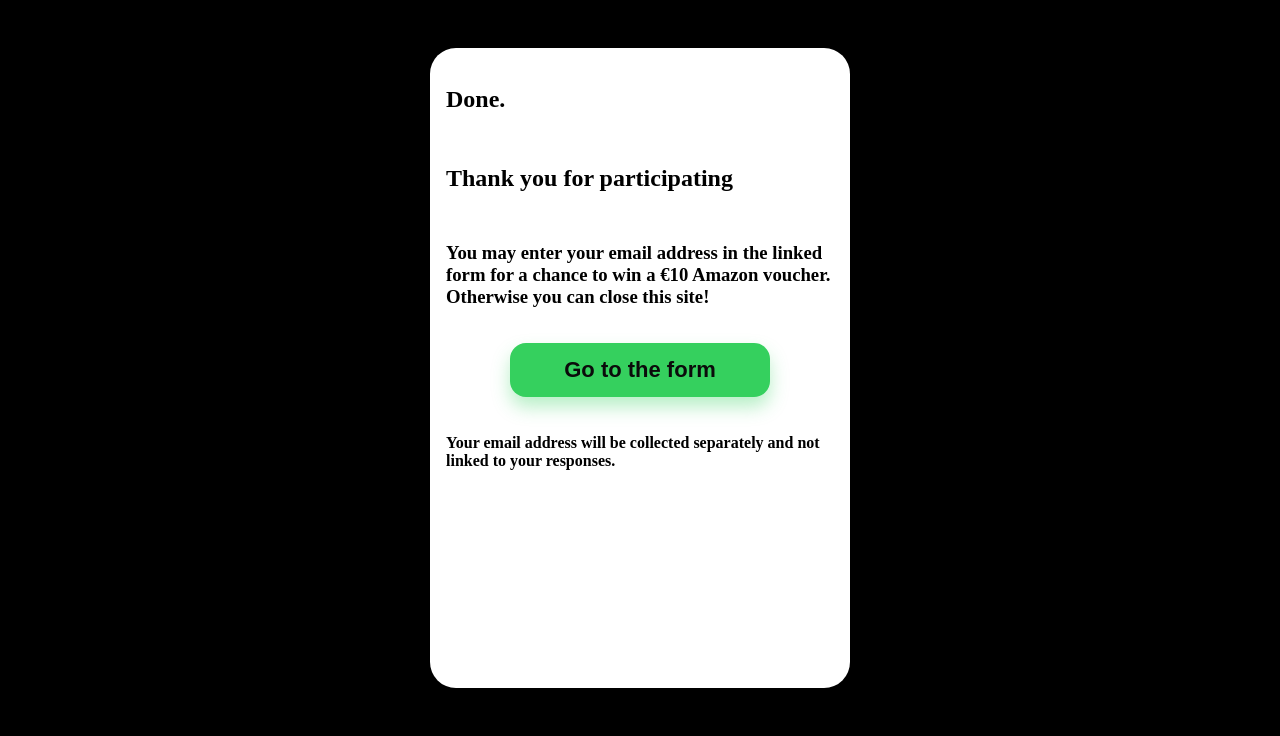
Repository: alexibri/ba_decision_study
Page: /end
The author's editor kept a copy of each file at every save. The page is drawn from the files as they stood at one save, then again after a run of saves.
The browser window is 1280 px wide. The pictures show the whole page.
The page's requests for data from a server got no answer. The project was rebuilt for these pictures with package versions that can differ from the ones it lists, and the page was loaded fresh each time. No one was signed in, and anything a server would have sent is missing. Also part of the build but not shown: vite.config.js, src/lib/assignment/group.js, src/lib/db/supabase-client.js, src/lib/db/runs.js, src/pages/Start.jsx, src/lib/db/responses.js, src/lib/hooks/useResponseTracker.js, src/scenarios/Scenario1/S1Dark1.jsx and 10 more.

Above is the page before, as saved 2026-02-11 16:50:06.

After the next 2 saves:
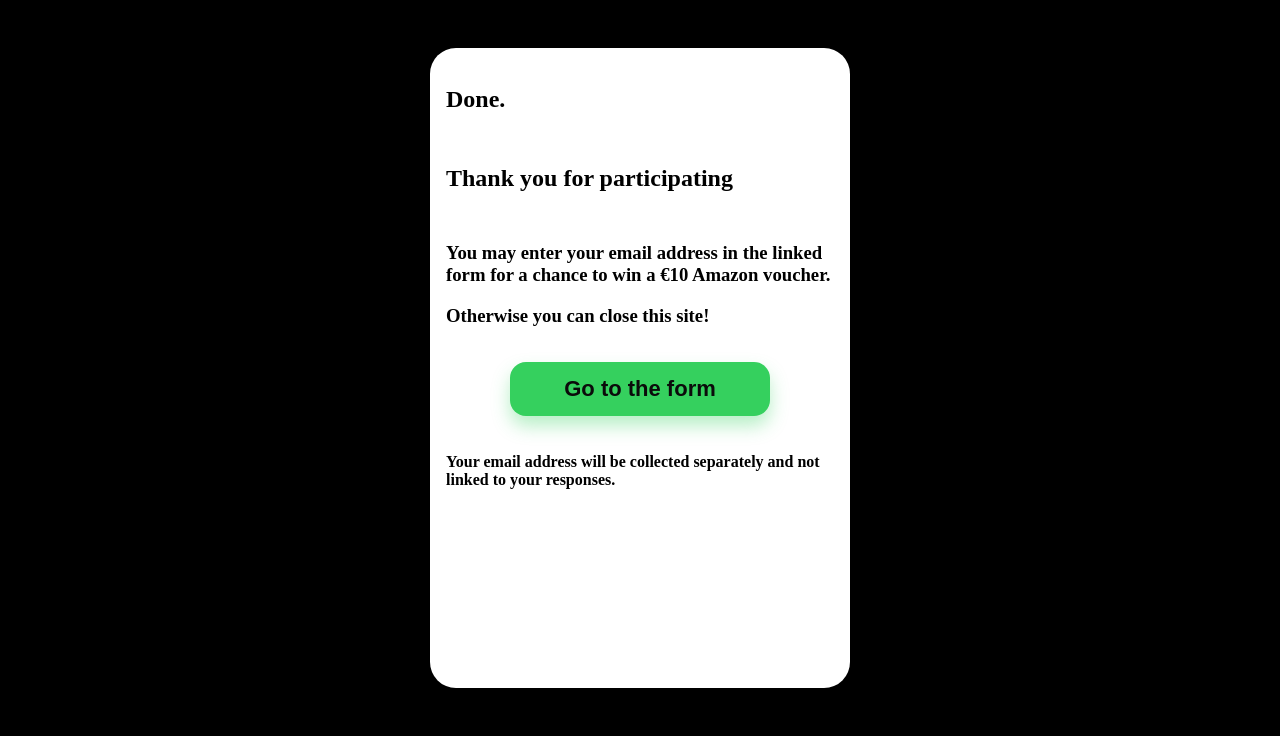
The 2 saves are shown as one change because they came seconds apart.
The last was saved 6 s later.
--- a/src/pages/End.jsx
+++ b/src/pages/End.jsx
@@ -14,6 +14,7 @@
                     <h2>Thank you for participating</h2>
                     <h3>
                         You may enter your email address in the linked form for a chance to win a €10 Amazon voucher.
+                        <p></p>
                         Otherwise you can close this site!
                     </h3>
                     <div className="stack">

After the save that followed:
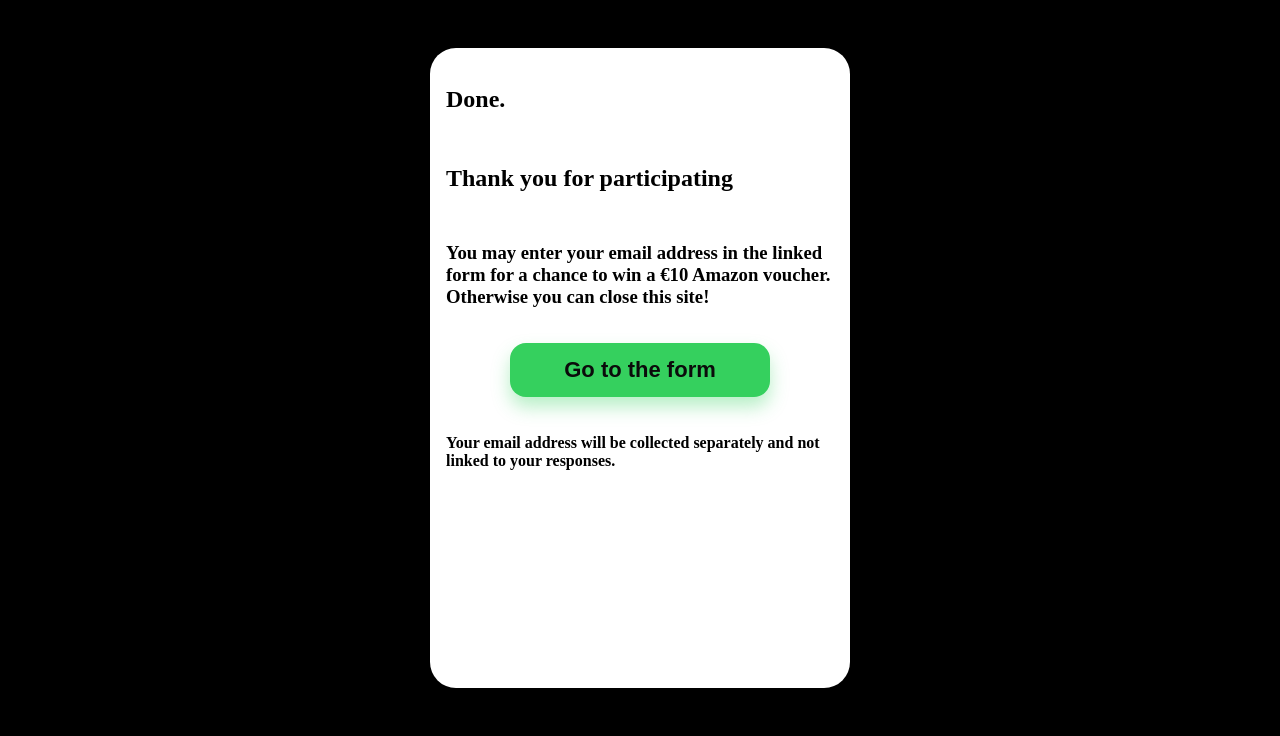
Saved 7 s later.
--- a/src/pages/End.jsx
+++ b/src/pages/End.jsx
@@ -14,7 +14,7 @@
                     <h2>Thank you for participating</h2>
                     <h3>
                         You may enter your email address in the linked form for a chance to win a €10 Amazon voucher.
-                        <p></p>
+
                         Otherwise you can close this site!
                     </h3>
                     <div className="stack">
